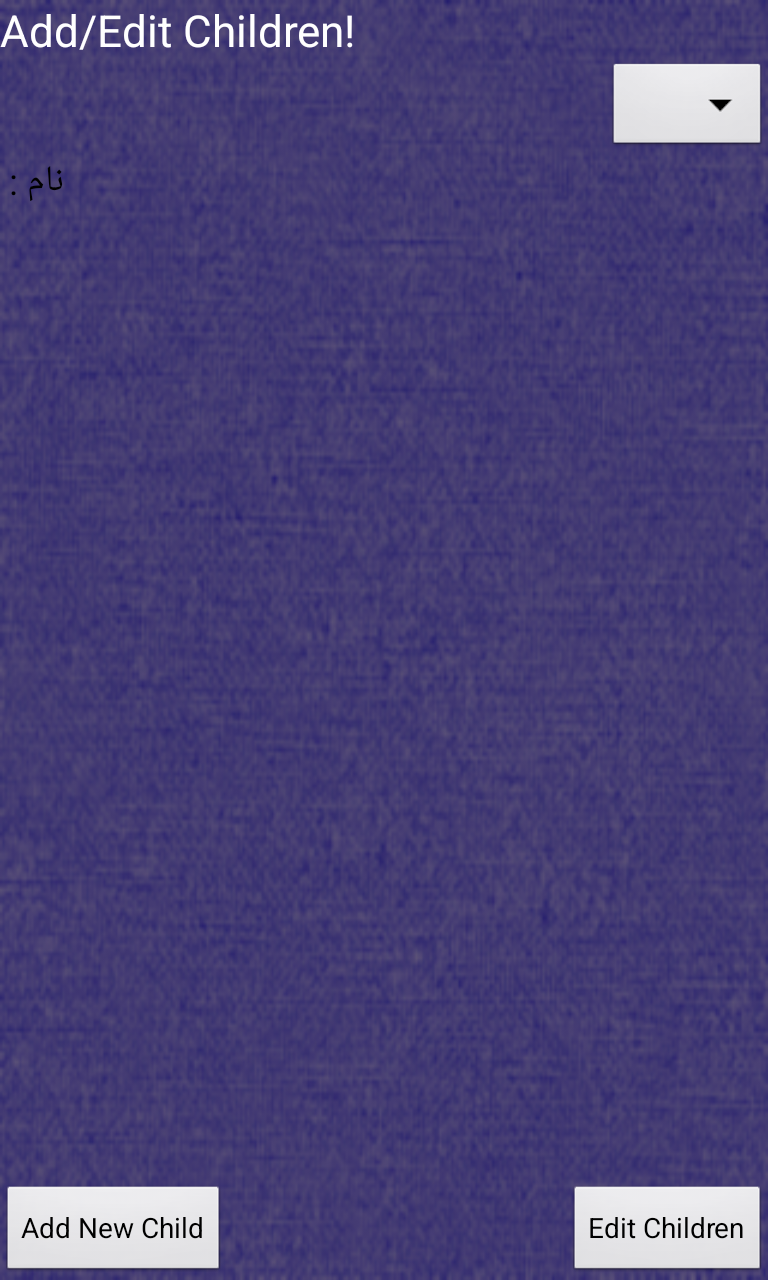
Repository: samanamp/RR-Controller
Layout: RRC app/res/layout/activity_child_setting.xml
An editor plug-in stored every save of this project. The layout is shown before and after the next save, followed by the edit.
It is drawn on a 768 x 1280 px phone screen (xhdpi) without system bars, with theme AppTheme; the app's code is not run.

Above is the layout before, as saved 2012-08-09 13:30:32.

### RRC app/res/layout/activity_child_setting.xml
<?xml version="1.0" encoding="utf-8"?>
<RelativeLayout xmlns:android="http://schemas.android.com/apk/res/android"
    xmlns:tools="http://schemas.android.com/tools"
    android:layout_width="match_parent"
    android:layout_height="match_parent"
    android:background="@drawable/bg_menu" >

    <Button
        android:id="@+id/button1"
        android:layout_width="wrap_content"
        android:layout_height="wrap_content"
        android:layout_alignParentBottom="true"
        android:layout_alignParentLeft="true"
        android:onClick="newChild"
        android:text="Add New Child" />

    <Button
        android:id="@+id/button2"
        android:layout_width="wrap_content"
        android:layout_height="wrap_content"
        android:layout_alignParentBottom="true"
        android:layout_alignParentRight="true"
        android:onClick="editChild"
        android:text="Edit Children" />

    <TextView
        android:id="@+id/textView1"
        android:layout_width="wrap_content"
        android:layout_height="wrap_content"
        android:layout_alignParentLeft="true"
        android:layout_alignParentTop="true"
        android:text="Add/Edit Children!"
        android:textAppearance="?android:attr/textAppearanceLarge"
        android:textColor="#ffffff" />

    <Spinner
        android:id="@+id/spinner1"
        android:layout_width="wrap_content"
        android:layout_height="wrap_content"
        android:layout_alignParentRight="true"
        android:layout_below="@+id/textView1" />

    <TextView
        android:id="@+id/textView2"
        android:layout_width="wrap_content"
        android:layout_height="wrap_content"
        android:layout_alignParentLeft="true"
        android:layout_below="@+id/spinner1"
        android:text="نام : "
        android:textAppearance="?android:attr/textAppearanceMedium" />

</RelativeLayout>

Loaded but not shown: RRC app/res/values/styles.xml (common file)

After the next save:
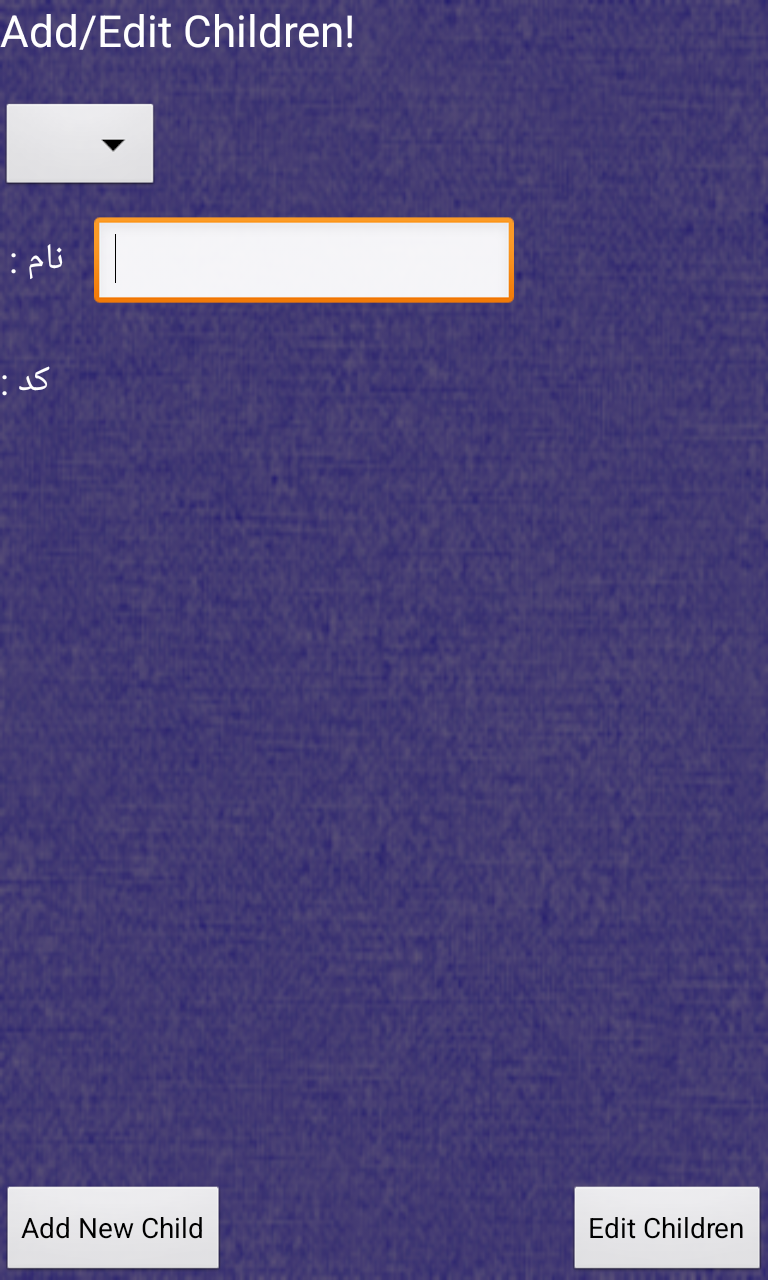
Saved 3 min 3 s later.
--- a/RRC app/res/layout/activity_child_setting.xml
+++ b/RRC app/res/layout/activity_child_setting.xml
@@ -37,8 +37,9 @@
         android:id="@+id/spinner1"
         android:layout_width="wrap_content"
         android:layout_height="wrap_content"
-        android:layout_alignParentRight="true"
-        android:layout_below="@+id/textView1" />
+        android:layout_alignParentLeft="true"
+        android:layout_below="@+id/textView1"
+        android:layout_marginTop="20dp" />
 
     <TextView
         android:id="@+id/textView2"
@@ -46,7 +47,33 @@
         android:layout_height="wrap_content"
         android:layout_alignParentLeft="true"
         android:layout_below="@+id/spinner1"
+        android:layout_marginTop="19dp"
         android:text="نام : "
-        android:textAppearance="?android:attr/textAppearanceMedium" />
+        android:textAppearance="?android:attr/textAppearanceMedium"
+        android:textColor="#ffffff" />
+
+    <EditText
+        android:id="@+id/editText1"
+        android:layout_width="wrap_content"
+        android:layout_height="wrap_content"
+        android:layout_alignBaseline="@+id/textView2"
+        android:layout_alignBottom="@+id/textView2"
+        android:layout_marginLeft="15dp"
+        android:layout_toRightOf="@+id/textView2"
+        android:ems="10" >
+
+        <requestFocus />
+    </EditText>
+
+    <TextView
+        android:id="@+id/textView3"
+        android:layout_width="wrap_content"
+        android:layout_height="wrap_content"
+        android:layout_alignParentLeft="true"
+        android:layout_below="@+id/editText1"
+        android:layout_marginTop="22dp"
+        android:text="کد :"
+        android:textAppearance="?android:attr/textAppearanceMedium"
+        android:textColor="#ffffff" />
 
 </RelativeLayout>
